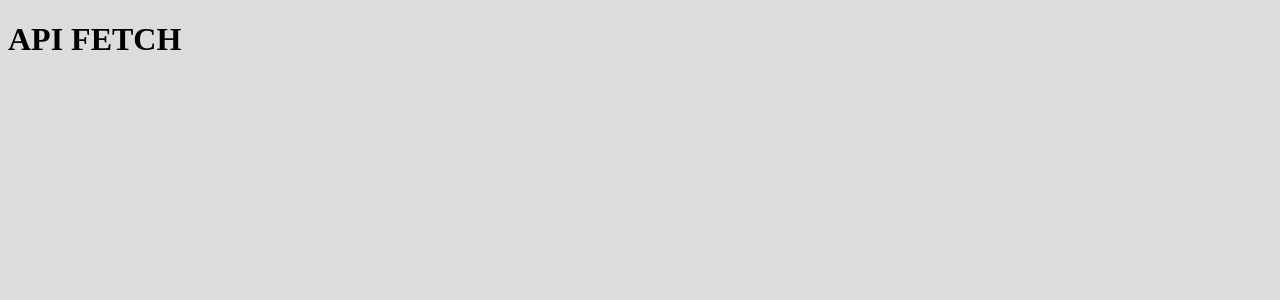
Repository: Kepsondiaz/FetchApiPostalCode
Page: index.html
These files come from the project's save history. The page is drawn as it stood at one moment and after the next save; the edit follows.
The browser window is 1280 px wide. The pictures show the whole page.

Above is the page before, as saved 2022-12-06 14:55:14.

After the next save:
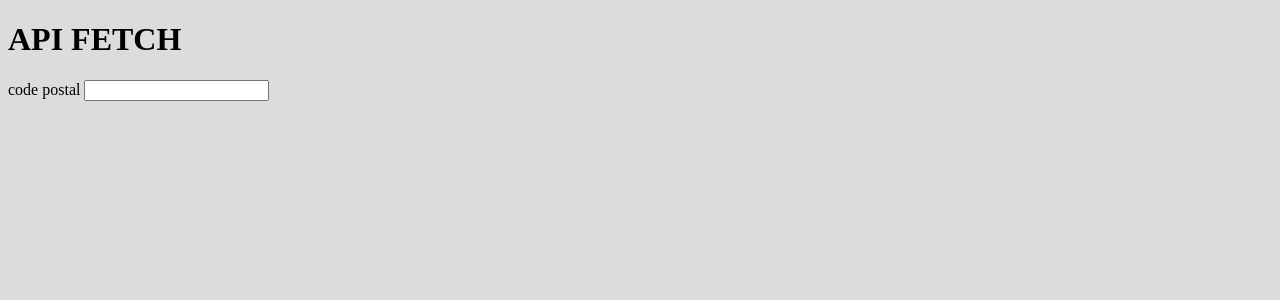
Saved 104 s later.
--- a/index.html
+++ b/index.html
@@ -15,5 +15,9 @@
 </head>
 <body>
     <h1>API FETCH</h1>
+    <div class="mb-3">
+        <label for="codepostal" class="form-label">code postal</label>
+        <input type="email" class="form-control" id="codepostal" placeholder="">
+      </div>
 </body>
 </html>
